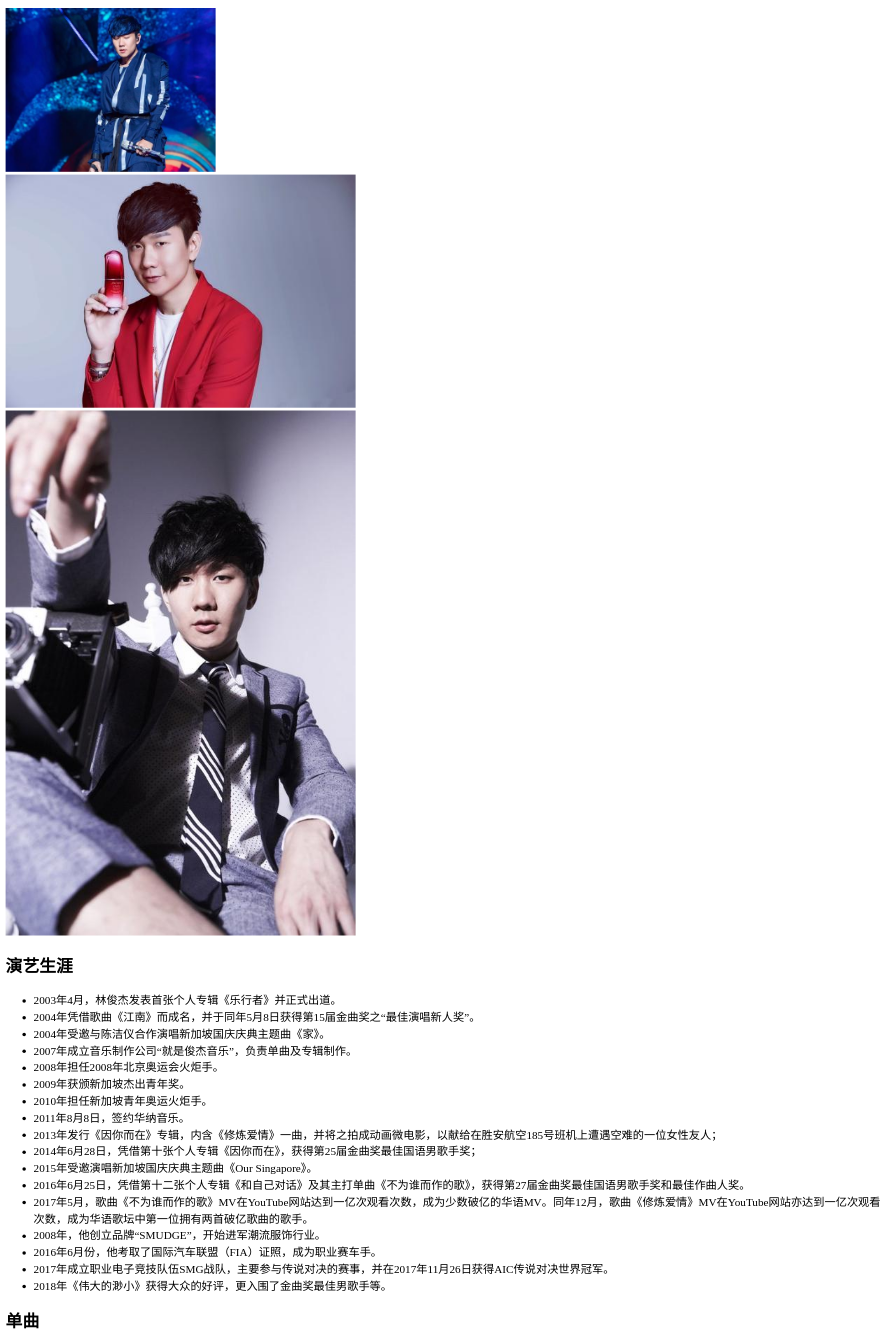
Repository: chenguocan/html_work
Page: html_work.html
An editor plug-in stored every save of this project. The page is shown before and after the next save, followed by the edit.
The browser window is 1280 px wide. The pictures show the part of the page from y = 308 to 2228 px (the page is 3307 px tall before and 2874 px after), at 70% of full size.

Above is the page before, as saved 2020-06-26 10:20:50.

After the next save:
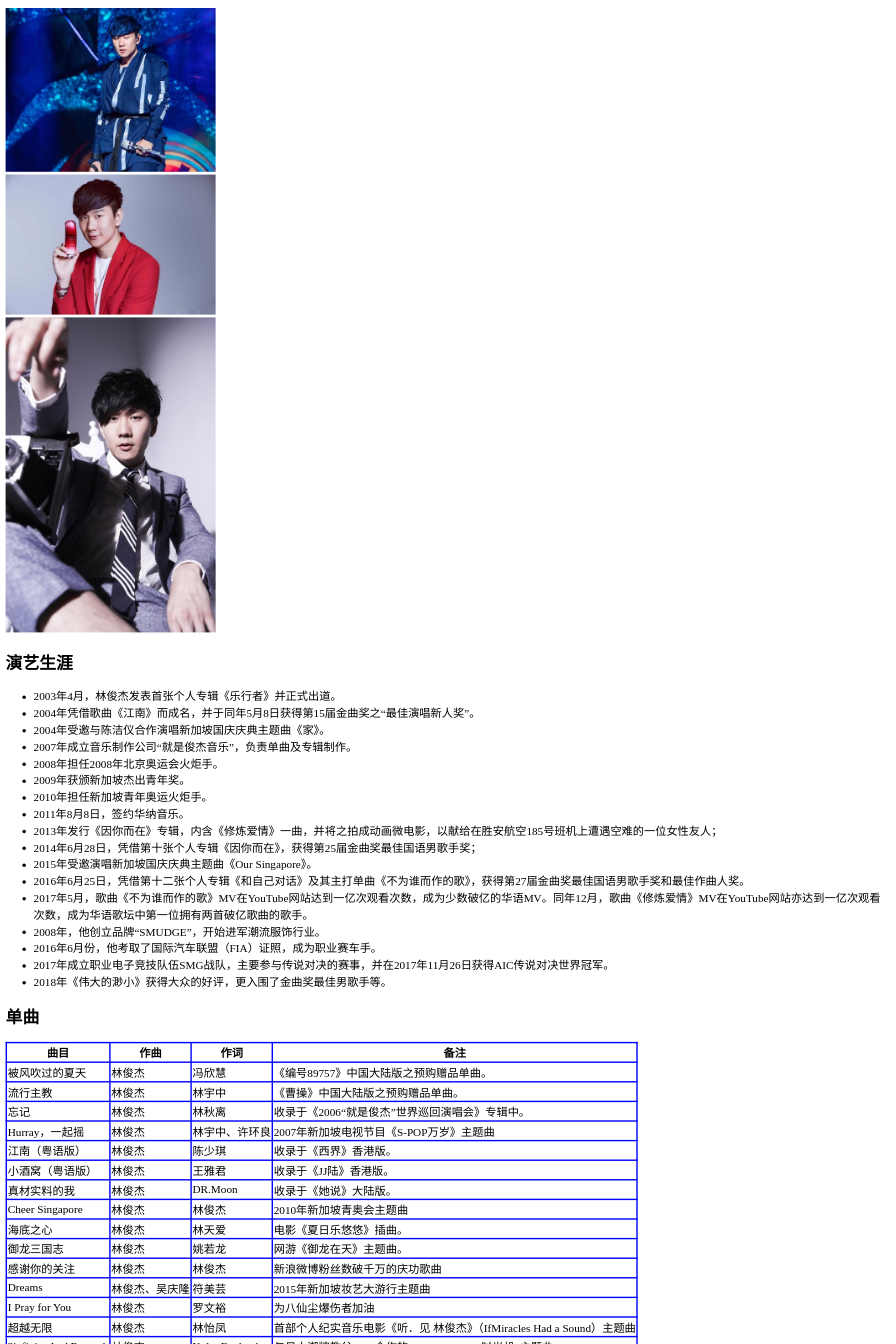
Saved 9 s later.
--- a/html_work.html
+++ b/html_work.html
@@ -33,8 +33,8 @@
       </p>
       <h2>生活照</h2>
       <div><img src="/images/jj1.jpg" alt="图片1" width="300" /></div>
-      <div><img src="/images/jj2.jpg" alt="图片2" /></div>
-      <div><img src="/images/jj3.jpg" alt="图片3" /></div>
+      <div><img src="/images/jj2.jpg" alt="图片2" width="300" /></div>
+      <div><img src="/images/jj3.jpg" alt="图片3" width="300" /></div>
       <h2>演艺生涯</h2>
       <ul>
         <li>2003年4月，林俊杰发表首张个人专辑《乐行者》并正式出道。</li>
